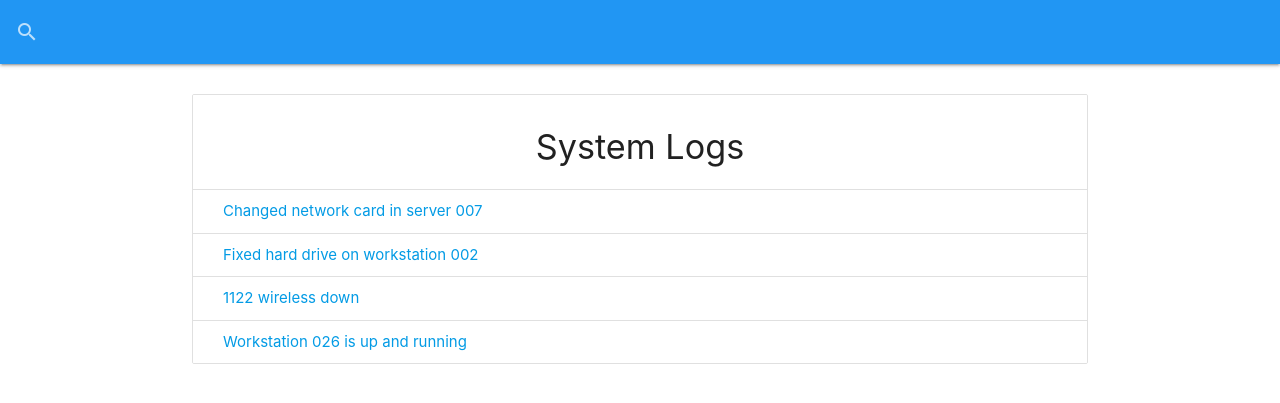
Repository: faraznisar/It-Logger
Page: /
The author's editor kept a copy of each file at every save. The page is drawn from the files as they stood at one save, then again after the next save.
The browser window is 1280 px wide. The pictures show the whole page.
The project was rebuilt for these pictures with package versions that can differ from the ones it lists, and the page was loaded fresh each time. Requests to the local data server were answered from the project's data file. Also part of the build but not shown: src/App.css.

Above is the page before, as saved 2020-08-15 15:42:10.

### public/index.html
<!DOCTYPE html>
<html lang="en">
  <head>
    <meta charset="utf-8" />
    <meta name="viewport" content="width=device-width, initial-scale=1" />
    <meta name="theme-color" content="#000000" />
    <meta
      name="description"
      content="Web site created using create-react-app"
    />
    <link
      href="https://fonts.googleapis.com/icon?family=Material+Icons"
      rel="stylesheet"
    />

    <title>IT Logger</title>
  </head>
  <body>
    <noscript>You need to enable JavaScript to run this app.</noscript>
    <div id="root"></div>
  </body>
</html>

### src/App.js
import React, { useEffect, Fragment } from "react";
import "materialize-css/dist/css/materialize.min.css";
import M from "materialize-css/dist/js/materialize.min.js";
import "./App.css";

import SearchBar from "./components/layout/SearchBar";
import Logs from "./components/logs/Logs";

function App() {
  useEffect(() => {
    M.AutoInit();
  });
  return (
    <Fragment>
      <SearchBar />
      <div className="container">
        <Logs />
      </div>
    </Fragment>
  );
}

export default App;

### src/components/layout/SearchBar.js
import React from "react";

const SearchBar = () => {
  return (
    <nav style={{ marginBottom: "30px" }} className="blue">
      <div className="nav-wrapper">
        <form>
          <div className="input-field">
            <input id="search" type="search" />
            <label className="label-icon" htmlFor="search">
              <i className="material-icons">search</i>
            </label>
            <i className="material-icons">close</i>
          </div>
        </form>
      </div>
    </nav>
  );
};

export default SearchBar;

### src/components/logs/Logs.js
import React, { useState, useEffect } from "react";

import LogItem from "./LogItem";
const Logs = () => {
  const [logs, setLogs] = useState([]);

  const [loading, setLoading] = useState(false);

  useEffect(() => {
    getLogs();
    //eslint-disable-next-line
  }, []);

  const getLogs = async () => {
    setLoading(true);
    const res = await fetch("/logs");
    const data = await res.json();

    setLogs(data);
    setLoading(false);
  };

  if (loading) {
    return <h4>Loading...</h4>;
  }
  return (
    <ul className="collection with-header">
      <li className="collection-header">
        <h4 className="center">System Logs</h4>
      </li>
      {!loading && logs.length === 0 ? (
        <p className="center">No logs to display...</p>
      ) : (
        logs.map((log) => <LogItem log={log} key={log.id} />)
      )}
    </ul>
  );
};

export default Logs;

### src/components/logs/LogItem.js
import React from "react";
import PropTypes from "prop-types";

const LogItem = ({ log }) => {
  return (
    <li className="collection-item">
      <div>
        <a href="">{log.message}</a>
      </div>
    </li>
  );
};

LogItem.propTypes = {
  log: PropTypes.object.isRequired,
};

export default LogItem;

### db.json
{
  "logs": [
    {
      "message": "Changed network card in server 007",
      "attention": false,
      "tech": "Sam Smith",
      "date": "2019-05-31T15:46:10.179Z",
      "id": 1
    },
    {
      "id": 2,
      "message": "Fixed hard drive on workstation 002",
      "attention": false,
      "tech": "John Doe",
      "date": "2019-05-31T16:18:04.245Z"
    },
    {
      "message": "1122 wireless down",
      "attention": true,
      "tech": "Sara Wilson",
      "date": "2019-05-31T15:46:48.690Z",
      "id": 3
    },
    {
      "id": 4,
      "message": "Workstation 026 is up and running",
      "attention": false,
      "tech": "Sara Wilson",
      "date": "2019-05-31T19:57:35.544Z"
    }
  ],
  "techs": [
    {
      "id": 1,
      "firstName": "John",
      "lastName": "Doe"
    },
    {
      "id": 2,
      "firstName": "Sam",
      "lastName": "Smith"
    },
    {
      "id": 3,
      "firstName": "Sara",
      "lastName": "Wilson"
    },
    {
      "firstName": "Faraz",
      "lastName": "Shah",
      "id": 4
    }
  ]
}

Loaded but not shown: src/index.js (common file)

After the next save:
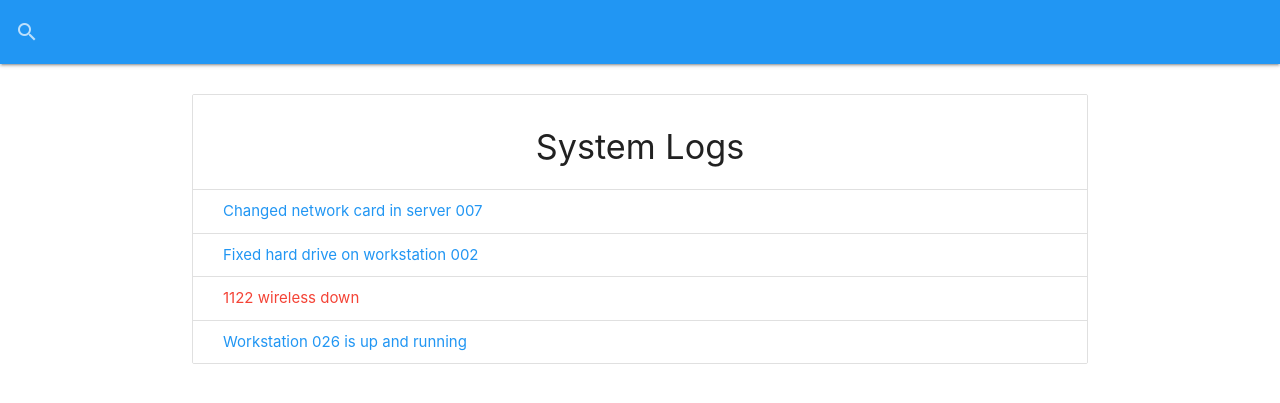
Saved 108 s later.
--- a/src/components/logs/LogItem.js
+++ b/src/components/logs/LogItem.js
@@ -5,7 +5,14 @@ const LogItem = ({ log }) => {
   return (
     <li className="collection-item">
       <div>
-        <a href="">{log.message}</a>
+        <a
+          href="#edit-log-modal"
+          className={`modal-trigger ${
+            log.attention ? "red-text" : "blue-text"
+          }`}
+        >
+          {log.message}
+        </a>
       </div>
     </li>
   );
